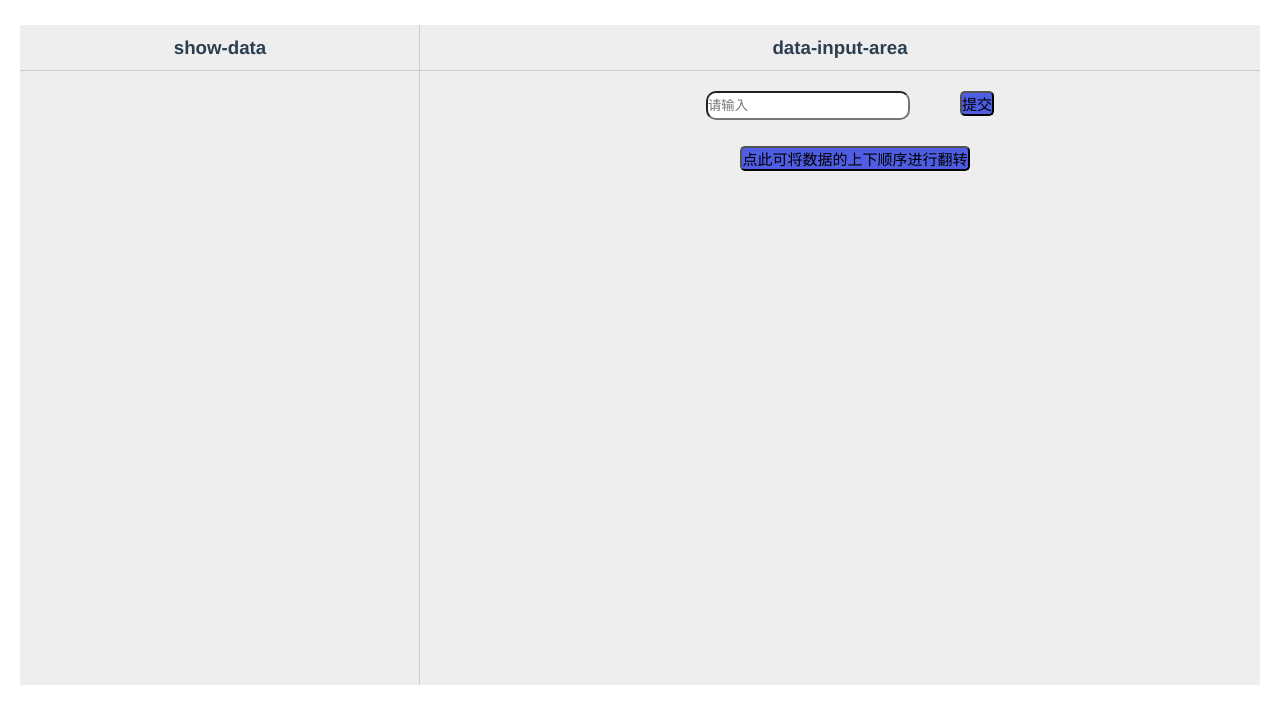
Repository: z-xy-git/demofirst
Page: /home/reverseShowData
The author's editor kept a copy of each file at every save. The page is drawn from the files as they stood at one save, then again after the next save.
The browser window is 1280 px wide. The pictures show the whole page.
The project was rebuilt for these pictures with package versions that can differ from the ones it lists, and the page was loaded fresh each time.

Above is the page before, as saved 2021-03-01 15:08:17.

After the next save:
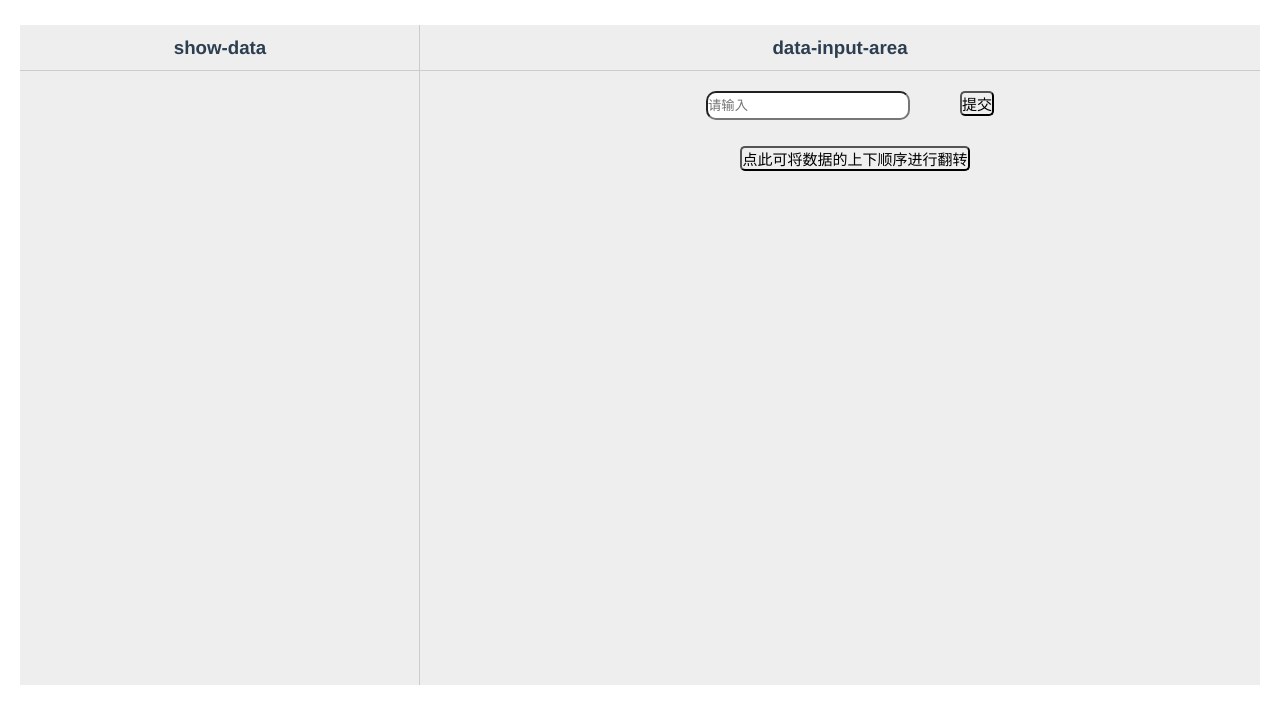
Saved 3 min 0 s later.
--- a/src/views/Home.vue
+++ b/src/views/Home.vue
@@ -100,7 +100,7 @@
     margin: 0 0 30px 30px;
     outline: none;
     border-radius: 5px;
-    background-color: rgb(78, 93, 226);
+    /* background-color: rgb(78, 93, 226); */
     font-size: 15px;
   }
 </style>

After the save that followed:
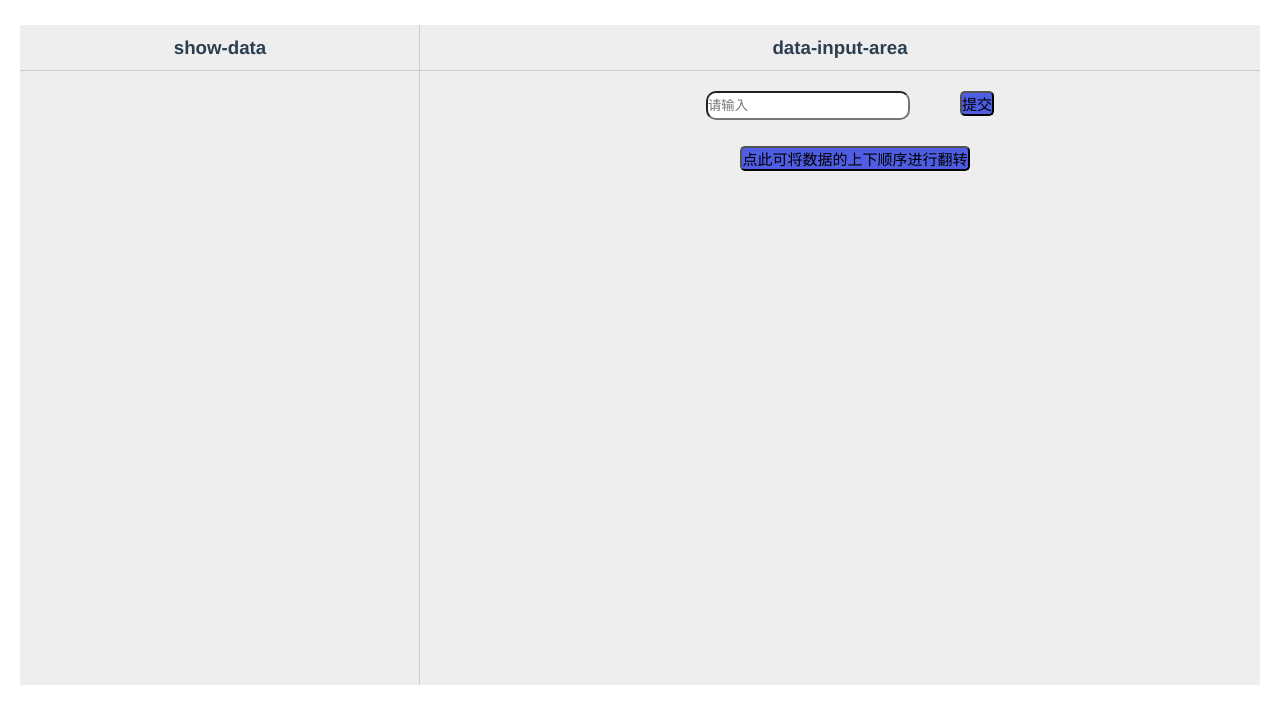
Saved 12 s later.
--- a/src/views/Home.vue
+++ b/src/views/Home.vue
@@ -100,7 +100,7 @@
     margin: 0 0 30px 30px;
     outline: none;
     border-radius: 5px;
-    /* background-color: rgb(78, 93, 226); */
+    background-color: rgb(78, 93, 226);
     font-size: 15px;
   }
 </style>
